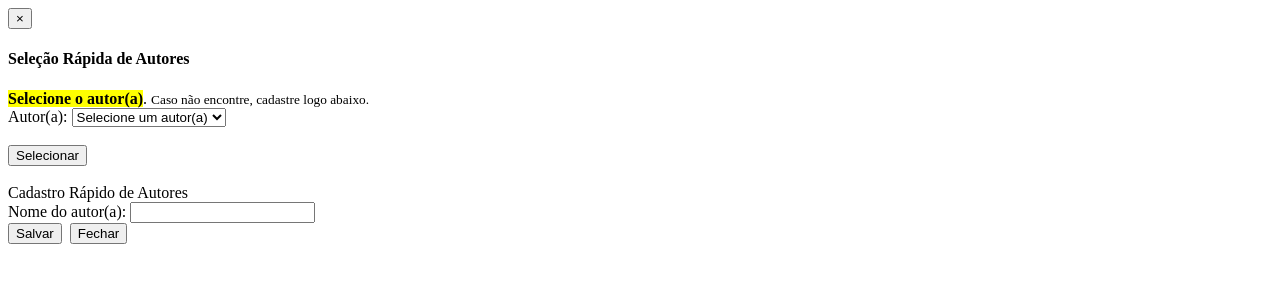
Repository: rrgonzaga/projeto-teste-biblioteca
Page: http://localhost/autor/CadastroRapidoAutor
These files come from the project's save history. The page is drawn as it stood at one moment and after the next save; the edit follows.
The browser window is 1280 px wide. The pictures show the whole page.
The page is this project's Thymeleaf template; nobody is signed in. The template is opened directly, without the code that normally fills it, so the values that code supplies are empty.

Above is the page before, as saved 2018-11-21 03:25:01.

### biblioteca/src/main/resources/templates/autor/CadastroRapidoAutor.html
<!DOCTYPE html>
<html lang="pt" xmlns="http://www.w3.org/1999/xhtml"
xmlns:th="http://www.thymeleaf.org">

<head></head>

<body>
	<!-- Modal -->
	<div class="modal fade" id="CadastroRapidoAutor-modal" tabindex="-1" role="dialog" th:fragment="CadastroRapidoAutor-modal">
	  <div class="modal-dialog modal-lg" >
	    <div class="modal-content">
	      <div class="modal-header">
	        <button type="button" class="close" data-dismiss="modal" ><span aria-hidden="true">&times;</span></button>
	        <h4 class="modal-title" id="myModalLabel">Seleção Rápida de Autores</h4>
	      </div>
	      <div class="modal-body">
	      	<form class="form-horizontal" th:action="@{/autores}">
		      	<div id="SelecaoRapida">
		      		<div class="">
		      			<div class="alert alert-info" role="alert"><mark><strong>Selecione o autor(a)</strong></mark>. <small>Caso não encontre, cadastre logo abaixo.</small></div>
		      			<label for="" class="control-label">Autor(a):</label>
	      				<select id="sel-autor-modal" class="form-control">
	      					<option value="">Selecione um autor(a)</option>
	      					<option th:each="autor: ${autores}" th:value="${autor.codigo}" th:text="${autor.nome}"></option>
	      				</select>
		      		</div>
	      		    <br>
		      		<div class="text-right">
		      			<button id="btnSelecionar-modal" type="button" class="btn btn-primary">Selecionar</button>
		      		</div>
	      		</div>
		      	<br>
		      	<div id="CadastroRapido">
		      		<div id="js-mensagem-cadastro-rapido-autores" class="alert alert-danger hidden" role="alert"></div>
		      		<div class="alert alert-warning" role="alert text-center">Cadastro Rápido de Autores</div>
		      		<div id="form-group-input-nome-autor" class="">
		      			<label for="id-autor-modal" class="col-sm-1 control-label">Nome do autor(a):</label>
		      			<input type="text" id="id-autor-modal" class="form-control">
		      		</div>
	      		</div>


	      	</form>
	      </div>
	      <div class="modal-footer">
	        <button id="btnSalvar-modal" type="button" class="btn btn-default">Salvar</button>&nbsp;
	        <button type="button" class="btn btn-default" data-dismiss="modal">Fechar</button>
	      </div>
	    </div>
	  </div>
	</div>
	<!-- Fim Modal -->

</body>
</html>

After the next save:
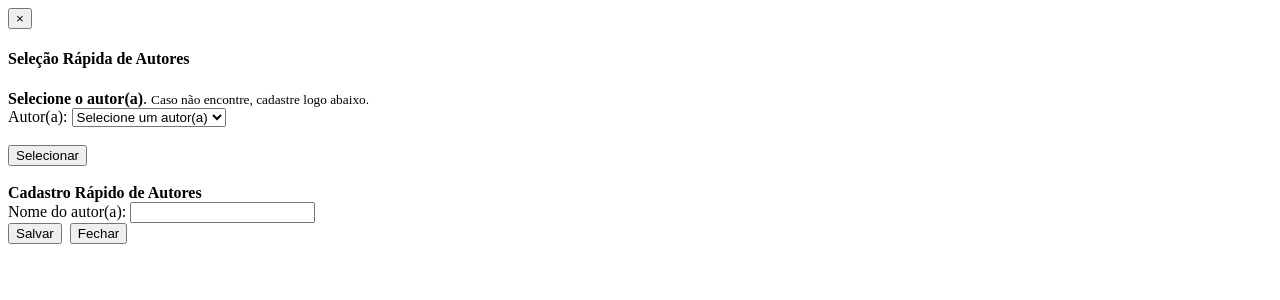
Saved 6 min 31 s later.
--- a/biblioteca/src/main/resources/templates/autor/CadastroRapidoAutor.html
+++ b/biblioteca/src/main/resources/templates/autor/CadastroRapidoAutor.html
@@ -17,7 +17,7 @@ xmlns:th="http://www.thymeleaf.org">
 	      	<form class="form-horizontal" th:action="@{/autores}">
 		      	<div id="SelecaoRapida">
 		      		<div class="">
-		      			<div class="alert alert-info" role="alert"><mark><strong>Selecione o autor(a)</strong></mark>. <small>Caso não encontre, cadastre logo abaixo.</small></div>
+		      			<div class="alert alert-info" role="alert"><strong>Selecione o autor(a)</strong>. <small>Caso não encontre, cadastre logo abaixo.</small></div>
 		      			<label for="" class="control-label">Autor(a):</label>
 	      				<select id="sel-autor-modal" class="form-control">
 	      					<option value="">Selecione um autor(a)</option>
@@ -26,15 +26,15 @@ xmlns:th="http://www.thymeleaf.org">
 		      		</div>
 	      		    <br>
 		      		<div class="text-right">
-		      			<button id="btnSelecionar-modal" type="button" class="btn btn-primary">Selecionar</button>
+		      			<button id="btnSelecionar-modal" type="button" class="btn btn-info">Selecionar</button>
 		      		</div>
 	      		</div>
 		      	<br>
 		      	<div id="CadastroRapido">
 		      		<div id="js-mensagem-cadastro-rapido-autores" class="alert alert-danger hidden" role="alert"></div>
-		      		<div class="alert alert-warning" role="alert text-center">Cadastro Rápido de Autores</div>
+		      		<div class="alert alert-warning text-center" role="alert"><strong>Cadastro Rápido de Autores</strong></div>
 		      		<div id="form-group-input-nome-autor" class="">
-		      			<label for="id-autor-modal" class="col-sm-1 control-label">Nome do autor(a):</label>
+		      			<label for="id-autor-modal" class="control-label">Nome do autor(a):</label>
 		      			<input type="text" id="id-autor-modal" class="form-control">
 		      		</div>
 	      		</div>
